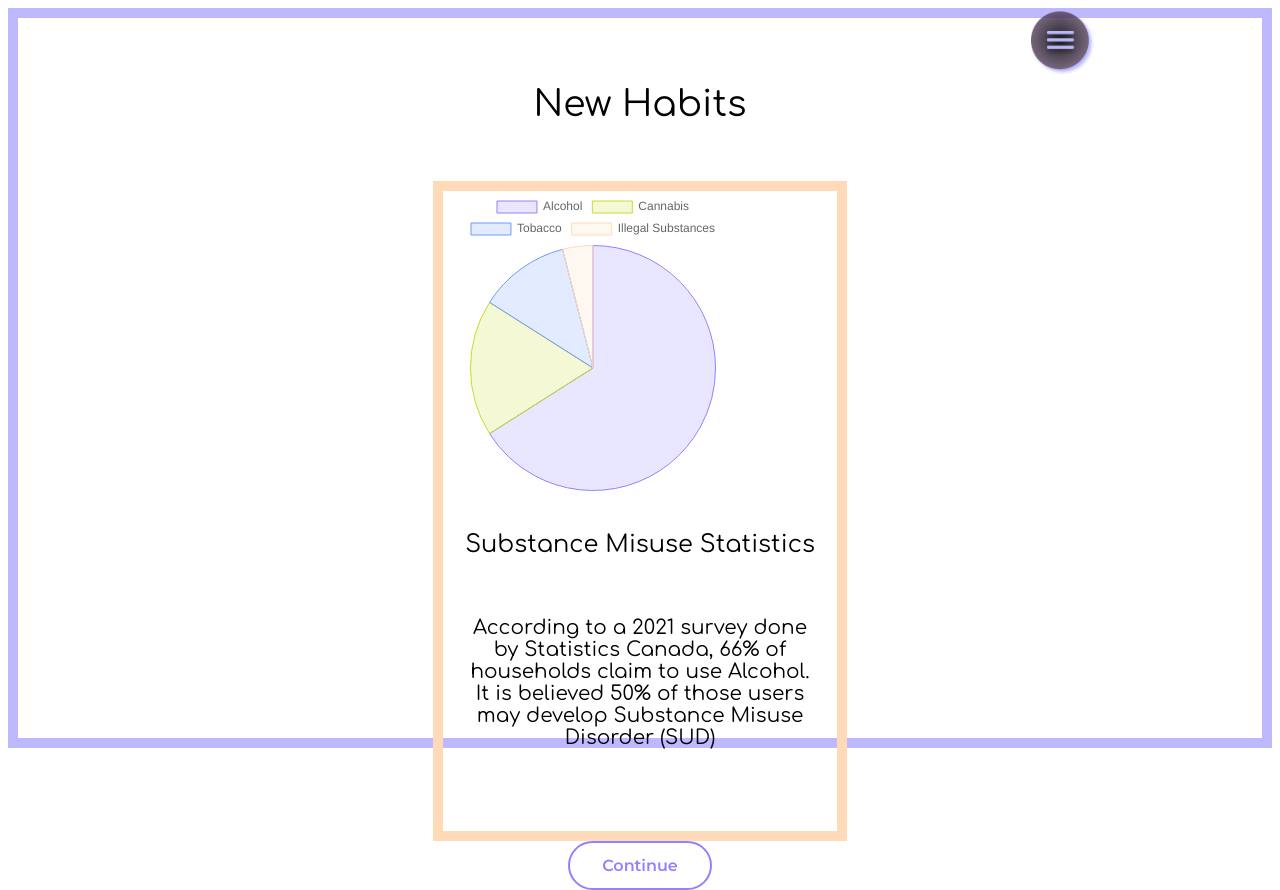
Repository: olivia-sk/MDIA-2109-2106-Big-Project
Page: /statistics3/statistics
An editor plug-in stored every save of this project. The page is shown before and after the next save, followed by the edit.
The browser window is 1280 px wide. The pictures show the whole page.
The project was rebuilt for these pictures with package versions that can differ from the ones it lists, and the page was loaded fresh each time. The framework's server and built-in components were replaced by stand-ins that run in the browser. Also part of the build but not shown: next.config.js, styles/globals.css, components/Button/Button.module.css, components/Button/index.js, components/WaterWave/Wave.module.css, components/WaterWave/index.js.

Above is the page before, as saved 2023-04-15 15:37:17.

After the next save:
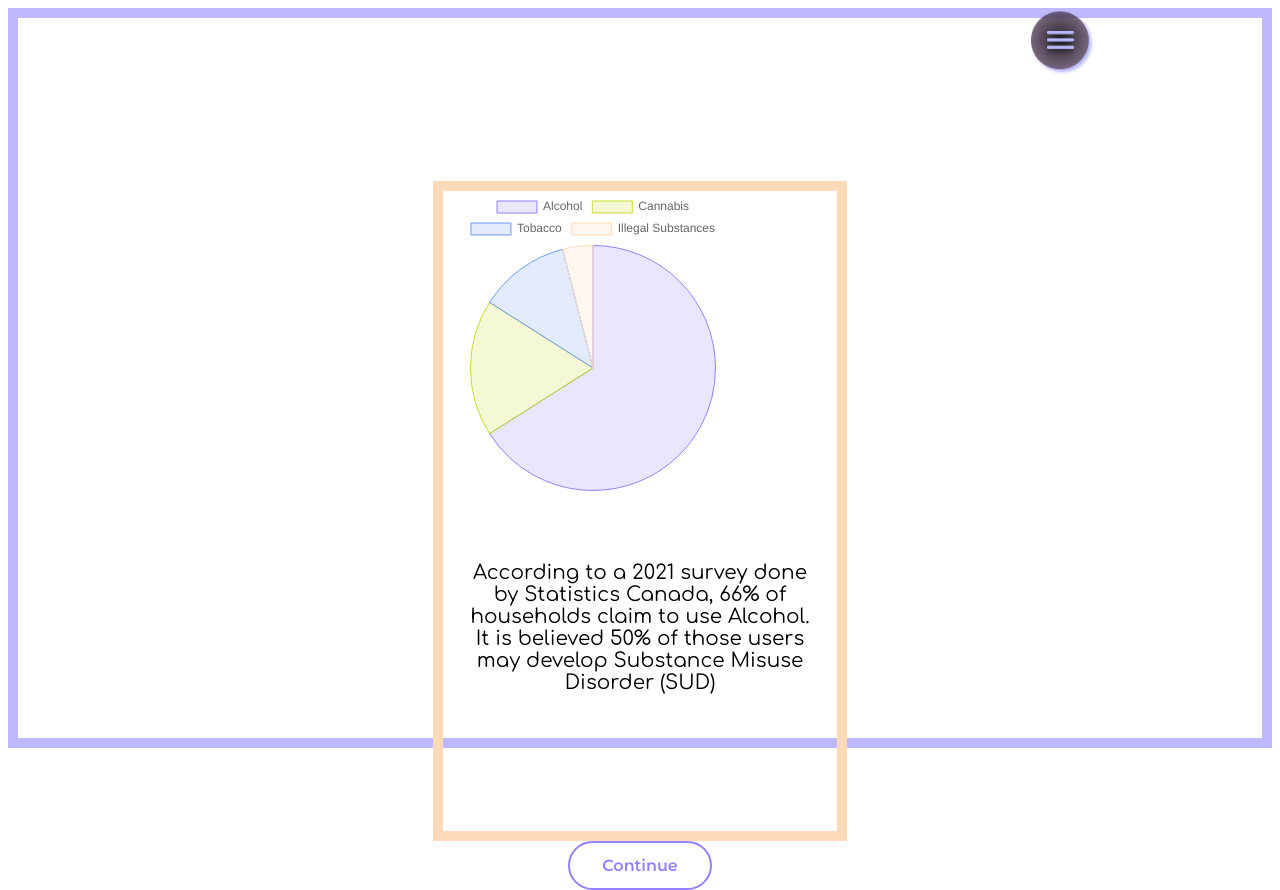
Saved 7 min 52 s later.
--- a/styles/Statistics.module.css
+++ b/styles/Statistics.module.css
@@ -14,12 +14,18 @@
   padding: 10%;
 }
 .title {
-  color: black;
-  font-family: 'Comfortaa';
-  font-style: normal;
-  font-weight: 400;
-  font-size: 36px;
-  line-height: 40px;
+  display: flex;
+  align-items: center;
+  justify-content: center;
+  font-family: var(--font-title);
+  font-size: var(--title-size);
+  /** This is the line that makes the text gradient */
+  background-image: var(--radial-text);
+  -webkit-background-clip: text;
+  background-clip: text;
+  color: transparent;
+  /**/
+  font-weight: 500;
   text-align: center;
 }
 .div1 {
@@ -28,14 +34,19 @@
   border: solid 10px rgba(255, 218, 185, 1);
 }
 .div1 h2 {
-  font-family: 'Comfortaa';
-  font-style: normal;
-  font-weight: 500;
-  font-size: 24px;
-  line-height: 27px;
+  display: flex;
+  align-items: center;
+  justify-content: center;
+  font-family: var(--font-text);
+  font-size: var(--subtitle-size);
+  /** This is the line that makes the text gradient */
+  background-image: var(--radial-text);
+  -webkit-background-clip: text;
+  background-clip: text;
+  color: transparent;
+  /**/
   text-align: center;
-  color: black;
-  padding: 5%;
+  font-weight: 400;
 
 }
 .div1 p {
